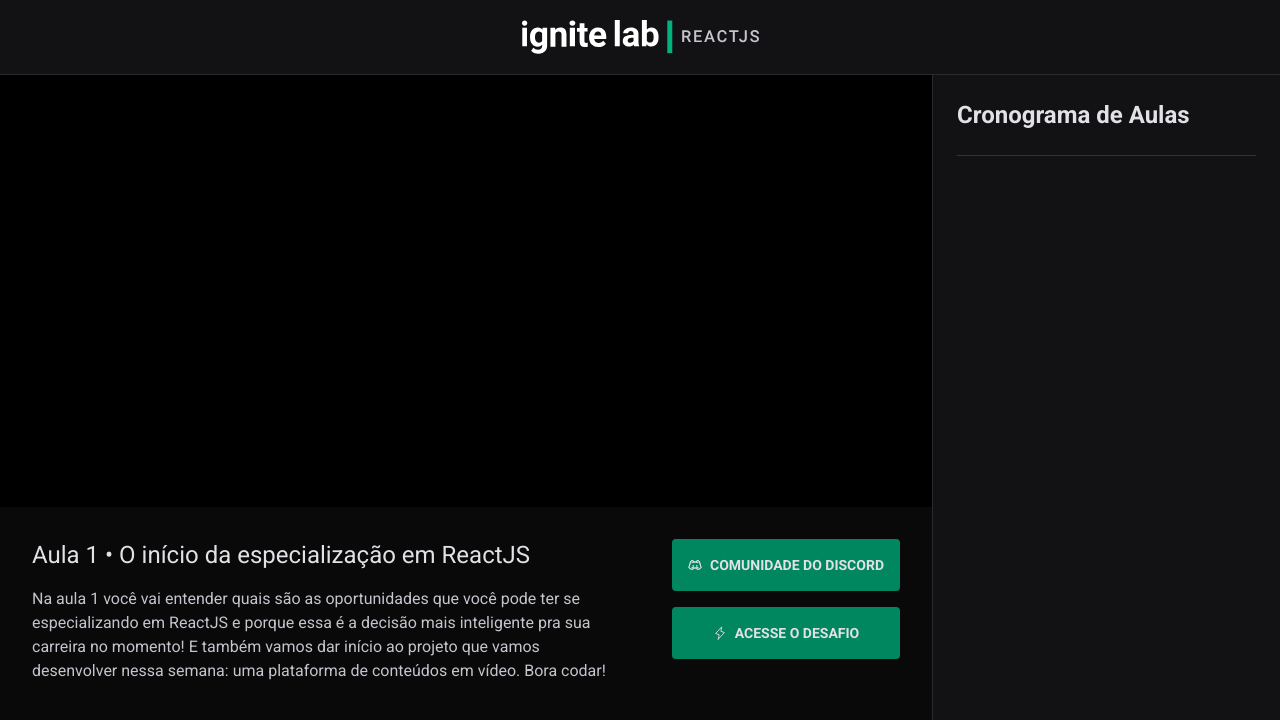
Repository: guilhermecardoso93/ignitelab
Page: /event
An editor plug-in stored every save of this project. The page is shown before and after the next save, followed by the edit.
The browser window is 1280 px wide. The pictures show the whole page.
The page's requests for data from a server got no answer. The project was rebuilt for these pictures with package versions that can differ from the ones it lists, and the page was loaded fresh each time. No one was signed in, and anything a server would have sent is missing. Also part of the build but not shown: vite.config.ts, src/components/Lesson/index.tsx.

Above is the page before, as saved 2022-06-23 20:22:33.

### index.html
<!DOCTYPE html>
<html lang="en">
  <head>
    <meta charset="UTF-8" />
    <link rel="icon" type="image/svg+xml" href="/src/favicon.svg" />
    <link rel="preconnect" href="https://fonts.googleapis.com" />
    <link rel="preconnect" href="https://fonts.gstatic.com" crossorigin />
    <link
      href="https://fonts.googleapis.com/css2?family=Roboto:wght@400;500;700&display=swap"
      rel="stylesheet"
    />
    <meta name="viewport" content="width=device-width, initial-scale=1.0" />
    <title>Ignite Lab</title>
  </head>
  <body>
    <div id="root"></div>
    <script type="module" src="/src/main.tsx"></script>
  </body>
</html>

### src/main.tsx
import { ApolloProvider } from "@apollo/client";
import React from "react";
import ReactDOM from "react-dom/client";
import { App } from "./App";
import { client } from "./lib/apollo";

import "./styles/global.css";

ReactDOM.createRoot(document.getElementById("root")!).render(
  <React.StrictMode>
    <ApolloProvider client={client}>
      <App />
    </ApolloProvider>
  </React.StrictMode>
);

### src/App.tsx
import { Event } from "./pages/Event";

export function App() {
  return (
    <div>
      <Event />
    </div>
  );
}

### src/lib/apollo.ts
import { ApolloClient, InMemoryCache } from "@apollo/client";

export const client = new ApolloClient({
  uri: "https://api-sa-east-1.graphcms.com/v2/cl4orc0220r0201xnfce43eoi/master",
  cache: new InMemoryCache()
});

### src/pages/Event.tsx
import { Header } from "../components/Header";
import { Sidebar } from "../components/Sidebar";
import { Video } from "../components/Video";

export function Event() {
  return (
    <div className="flex flex-col min-h-screen">
      <Header />
      <main className="flex flex-1">
        <Video />
        <Sidebar />
      </main>
    </div>
  );
}

### src/components/Header/index.tsx
import { Logo } from "../Logo";

export function Header() {
  return (
    <header className='w-full py-5 flex items-center justify-center bg-gray-700 border-b border-gray-600'>
      <Logo/>
    </header>
  );
}

### src/components/Sidebar/index.tsx
import { gql, useQuery } from "@apollo/client";
import { Lesson } from "../Lesson";

const GET_LESSONS_QUERY = gql`
  query {
    lessons(orderBy: availableAt_ASC, stage: PUBLISHED) {
      id
      lessonType
      availableAt
      title
      slug
    }
  }
`;

interface GetLessonsQueryResponse {
  lessons: {
    id: string;
    title: string;
    slug: string;
    availableAt: string;
    lessonType: "live" | "class";
  }[];
}

export function Sidebar() {
  const { data } = useQuery<GetLessonsQueryResponse>(GET_LESSONS_QUERY);

  return (
    <aside className="w-[348px] bg-gray-700 p-6 border-l border-gray-600">
      <span className="font-bold text-2xl pb-6 mb-6 border-b border-gray-500 block">
        Cronograma de Aulas
      </span>

      <div className="flex flex-col gap-8">
        { data?.lessons.map( lesson => {
          return (
            <Lesson
            key={lesson.id}
            title={lesson.title}
            slug={lesson.slug}
            availableAt={new Date(lesson.availableAt)}
            type={lesson.lessonType}
          />
          )
        })}
      </div>
    </aside>
  );
}

### src/components/Video/index.tsx
import { DiscordLogo, Lightning } from "phosphor-react";

export function Video() {
  return (
    <div className="flex-1 ">
      <div className="bg-black flex justify-center">
        <div className="h-full w-full max-w-[1100px] max-h-[60vh] aspect-video"></div>
      </div>
      <div className="p-8 max-w-[1100px] mx-auto">
        <div className="flex items-start gap-16">
          <div className="flex-1">
            <h1 className="text-2xl fot-bold">
              Aula 1 • O início da especialização em ReactJS
            </h1>
            <p className="mt-4 text-gray-200">
              Na aula 1 você vai entender quais são as oportunidades que você
              pode ter se especializando em ReactJS e porque essa é a decisão
              mais inteligente pra sua carreira no momento! E também vamos dar
              início ao projeto que vamos desenvolver nessa semana: uma
              plataforma de conteúdos em vídeo. Bora codar!
            </p>
          </div>
          <div className="flex flex-col gap-4">
            <a
              href="http://"
              className="p-4 text-sm bg-green-500 flex items-center rounded font-bold uppercase gap-2 justify-center"
            >
              <DiscordLogo />
              comunidade do discord
            </a>
            <a
              href="http://"
              className="p-4 text-sm bg-green-500 flex items-center rounded font-bold uppercase gap-2 justify-center"
            >
              <Lightning />
              Acesse o desafio
            </a>
          </div>
        </div>
        <div></div>
      </div>
    </div>
  );
}

### src/components/Logo/index.tsx
export function Logo() {
  return (
    <svg
      xmlns="http://www.w3.org/2000/svg"
      width="237"
      height="34"
      fill="none"
      viewBox="0 0 237 34"
    >
      <path
        fill="#fff"
        d="M.002 3.112a2.49 2.49 0 01.165-.987c.12-.314.304-.595.535-.83A2.906 2.906 0 012.615.572c.698 0 1.374.257 1.912.723.23.24.412.524.536.837a2.701 2.701 0 010 1.979 2.568 2.568 0 01-.536.837 2.889 2.889 0 01-1.907.723 2.901 2.901 0 01-1.908-.723 2.458 2.458 0 01-.538-.84 2.645 2.645 0 01-.172-.996zm4.96 23.146H.273V7.862h4.689v18.397zM8.012 16.973c0-2.853.686-5.145 2.055-6.883a6.653 6.653 0 015.528-2.606 5.869 5.869 0 014.802 2.09l.2-1.751h4.538v17.95a7.891 7.891 0 01-1.12 4.246 7.243 7.243 0 01-3.147 2.752 11.155 11.155 0 01-4.742.94c-1.378 0-2.74-.279-4.008-.812a7.08 7.08 0 01-2.946-2.11l2.208-3.02a5.905 5.905 0 004.543 2.08 4.356 4.356 0 003.104-1.059 3.938 3.938 0 001.103-2.993v-.994a5.775 5.775 0 01-4.555 1.935 6.647 6.647 0 01-3.05-.652 6.615 6.615 0 01-2.408-1.967c-1.397-1.752-2.085-4.089-2.085-6.942v-.21h-.025l.005.006zm4.997.355a6.723 6.723 0 001.026 3.956 3.233 3.233 0 002.799 1.443c.651.045 1.3-.088 1.878-.39a3.52 3.52 0 001.396-1.305v-7.825a3.448 3.448 0 00-1.374-1.305 3.504 3.504 0 00-1.86-.39 3.28 3.28 0 00-1.61.365 3.22 3.22 0 00-1.219 1.103c-.688.975-1.036 2.418-1.036 4.348zM33.098 7.833l.158 2.196a6.527 6.527 0 012.371-1.927 6.38 6.38 0 012.971-.62c1.97 0 3.438.597 4.39 1.79.953 1.194 1.456 2.936 1.486 5.293v12.249h-4.962V14.683a3.367 3.367 0 00-.684-2.344 3.086 3.086 0 00-1.069-.598 3.008 3.008 0 00-1.211-.13 3.349 3.349 0 00-1.821.454c-.553.32-1.01.794-1.313 1.367v13.37H28.45V7.845l4.647-.012zM47.512 3.112a2.304 2.304 0 01.185-.988 2.42 2.42 0 01.59-.831A3.439 3.439 0 0150.404.57c.772 0 1.52.256 2.117.723.508.486.792 1.142.792 1.826 0 .683-.284 1.34-.792 1.826a3.417 3.417 0 01-2.11.723c-.77 0-1.517-.257-2.11-.723a2.47 2.47 0 01-.594-.839 2.342 2.342 0 01-.19-.994h-.005zm5.483 23.149h-5.18V7.86h5.18v18.4zM62.454 3.334v4.612h3.107v3.677h-3.107v9.382c-.05.53.091 1.063.395 1.495a1.824 1.824 0 001.473.45c.476.002.95-.035 1.421-.114v3.803a9.672 9.672 0 01-2.939.449c-3.398 0-5.128-1.775-5.19-5.32V11.644h-2.642V7.968h2.643V3.356h4.841v-.025l-.002.003zM76.487 27.08a9.277 9.277 0 01-6.759-2.55c-1.74-1.699-2.605-3.957-2.605-6.797v-.494a11.295 11.295 0 011.098-5.08 8.141 8.141 0 013.111-3.465 8.72 8.72 0 014.59-1.22c2.577 0 4.62.815 6.098 2.449 1.478 1.633 2.226 3.94 2.226 6.929v2.055h-12.01a4.665 4.665 0 001.473 2.971 4.487 4.487 0 003.111 1.111 5.426 5.426 0 004.548-2.115l2.476 2.781a7.506 7.506 0 01-3.07 2.507 9.81 9.81 0 01-4.287.916v.002zm-.594-15.514a3.127 3.127 0 00-2.428 1.012 5.405 5.405 0 00-1.188 2.912h7.006v-.405a3.749 3.749 0 00-.908-2.608 3.252 3.252 0 00-2.45-.908h-.03l-.002-.003zM97.771 26.259h-4.957V0h4.957V26.26zM112.209 26.259c-.227-.444-.392-.997-.496-1.659-1.196 1.333-2.751 2.002-4.666 2.002-1.811 0-3.314-.523-4.504-1.572-1.191-1.049-1.786-2.372-1.786-3.966 0-1.96.725-3.464 2.179-4.513 1.453-1.049 3.553-1.58 6.3-1.59h2.273v-1.06c0-.854-.22-1.54-.659-2.051-.44-.513-1.131-.77-2.078-.77-.832 0-1.486.2-1.957.6-.474.4-.708.945-.708 1.64h-4.941c0-1.07.331-2.062.992-2.973.662-.91 1.597-1.626 2.804-2.144 1.206-.518 2.564-.778 4.069-.778 2.28 0 4.089.573 5.429 1.718 1.34 1.145 2.009 2.756 2.009 4.83v8.017c.012 1.754.256 3.082.735 3.983v.29h-4.992l-.003-.004zm-4.086-3.435c.728 0 1.402-.163 2.016-.486.614-.326 1.071-.76 1.367-1.308v-3.181h-1.846c-2.472 0-3.79.854-3.948 2.564l-.017.291c0 .614.217 1.123.649 1.523.434.4 1.026.6 1.779.6v-.003zM136.58 17.183c0 2.963-.632 5.273-1.898 6.931-1.265 1.659-3.032 2.488-5.3 2.488-2.006 0-3.608-.77-4.805-2.308l-.222 1.967h-4.444V.001h4.94v9.418c1.14-1.332 2.638-2 4.496-2 2.256 0 4.025.828 5.308 2.487 1.283 1.658 1.923 3.992 1.923 7v.274l.002.003zm-4.94-.358c0-1.868-.296-3.233-.889-4.094-.592-.861-1.475-1.29-2.65-1.29-1.572 0-2.655.643-3.247 1.932v7.299c.604 1.298 1.697 1.95 3.282 1.95 1.584 0 2.643-.788 3.146-2.36.239-.752.358-1.897.358-3.437z"
      ></path>
      <path
        fill="#C4C4CC"
        d="M164.51 17.501h-2.283v4.53h-2.048v-11.78h4.143c1.36 0 2.408.306 3.149.915.74.61 1.108 1.493 1.108 2.648 0 .787-.19 1.449-.57 1.98-.38.532-.911.94-1.59 1.226l2.646 4.906v.106h-2.194l-2.364-4.531h.003zm-2.283-1.65h2.105c.691 0 1.229-.176 1.619-.524.39-.348.582-.824.582-1.429 0-.604-.18-1.12-.538-1.466-.358-.345-.893-.523-1.606-.533h-2.162V15.85zM179.066 16.773h-4.839v3.625h5.656v1.634h-7.704V10.25h7.648v1.65h-5.6v3.253h4.839v1.62zM189.803 19.29h-4.565l-.955 2.744h-2.127l4.452-11.783h1.836l4.459 11.783h-2.137l-.963-2.744zm-3.99-1.65h3.415l-1.707-4.89-1.708 4.89zM204.716 18.197c-.119 1.256-.583 2.238-1.392 2.941-.81.703-1.885 1.056-3.228 1.056-.938 0-1.764-.222-2.48-.668-.715-.445-1.266-1.079-1.656-1.898-.387-.82-.589-1.772-.607-2.858v-1.1c0-1.11.198-2.09.59-2.937.392-.846.96-1.5 1.695-1.96.736-.458 1.587-.688 2.554-.688 1.301 0 2.347.353 3.139 1.057.792.703 1.254 1.7 1.385 2.99h-2.039c-.096-.846-.343-1.458-.74-1.833-.397-.375-.977-.563-1.745-.563-.89 0-1.574.326-2.05.977-.479.652-.721 1.605-.733 2.863v1.044c0 1.273.227 2.245.683 2.917.457.668 1.123 1.004 2.004 1.004.805 0 1.409-.18 1.814-.543.405-.363.661-.962.77-1.804h2.038l-.002.003zM216.481 11.902h-3.674v10.132h-2.031V11.902h-3.642V10.25h9.347v1.65zM222.759 10.251h2.039v8.262c0 1.127-.353 2.023-1.057 2.687-.703.664-1.633.995-2.788.995-1.229 0-2.179-.311-2.848-.93-.669-.62-1.004-1.484-1.004-2.59h2.038c0 .627.156 1.096.467 1.412.31.316.76.474 1.347.474.55 0 .989-.183 1.315-.545.326-.366.489-.867.489-1.51V10.25h.002zM234.952 18.999c0-.518-.183-.918-.545-1.197-.363-.279-1.022-.563-1.972-.849-.95-.286-1.705-.604-2.265-.955-1.074-.674-1.612-1.555-1.612-2.638 0-.95.388-1.732 1.163-2.347.774-.614 1.779-.922 3.015-.922.819 0 1.55.15 2.194.454a3.597 3.597 0 011.513 1.29c.367.558.55 1.177.55 1.858h-2.038c0-.614-.193-1.095-.578-1.443-.385-.348-.938-.524-1.656-.524-.668 0-1.189.144-1.557.43-.37.286-.555.686-.555 1.197 0 .432.2.792.6 1.08.399.29 1.056.57 1.974.842.918.271 1.653.582 2.208.93.556.348.963.748 1.222 1.197.259.452.387.977.387 1.582 0 .982-.375 1.762-1.127 2.342-.753.58-1.775.87-3.063.87a5.755 5.755 0 01-2.352-.473c-.715-.316-1.27-.75-1.668-1.308-.397-.555-.594-1.204-.594-1.942h2.048c0 .669.222 1.187.664 1.555.441.367 1.075.55 1.902.55.713 0 1.246-.143 1.607-.432.357-.288.538-.671.538-1.145l-.003-.002z"
      ></path>
      <path fill="#00B37E" d="M150.271 33.146h-4.958V.57h4.958v32.576z"></path>
    </svg>
  );
}

### tailwind.config.js
/** @type {import('tailwindcss').Config} */
module.exports = {
  content: ["./src/**/*.tsx"],
  theme: {
    extend: {
      fontFamily: {
        sans: "Roboto, sans-serif"
      },
      colors: {
        green: {
          300: "#00B37E",
          500: "#00875F",
          700: "#015F43"
        },
        blue: {
          500: "#81D8F7"
        },
        orange: {
          500: "#FBA94C"
        },
        red: {
          500: "#F75A68"
        },
        gray: {
          100: "#E1E1E6",
          200: "#C4C4CC",
          300: "#8D8D99",
          500: "#323238",
          600: "#29292E",
          700: "#121214",
          900: "#09090A"
        }
      }
    }
  },
  plugins: []
};

Loaded but not shown: src/styles/global.css (common file)

After the next save:
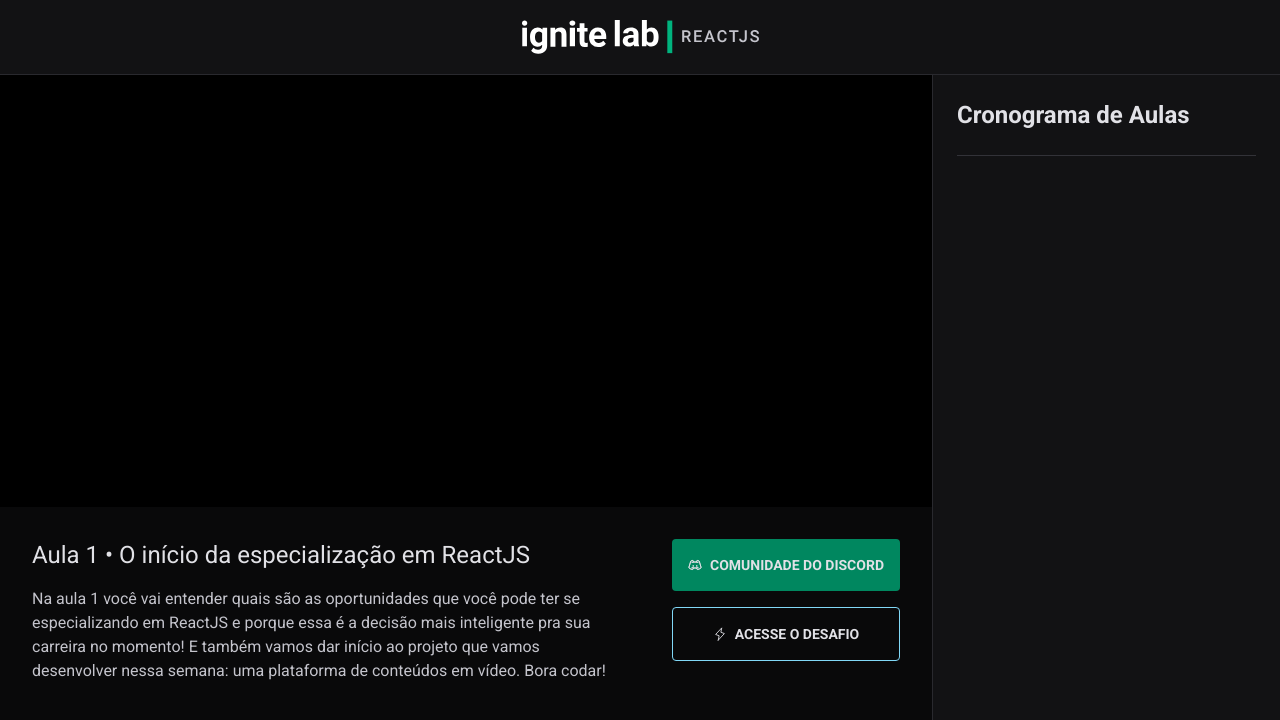
Saved 75 s later.
--- a/src/components/Video/index.tsx
+++ b/src/components/Video/index.tsx
@@ -30,7 +30,7 @@
             </a>
             <a
               href="http://"
-              className="p-4 text-sm bg-green-500 flex items-center rounded font-bold uppercase gap-2 justify-center"
+              className="p-4 text-sm border border-blue-500 flex items-center rounded font-bold uppercase gap-2 justify-center"
             >
               <Lightning />
               Acesse o desafio
